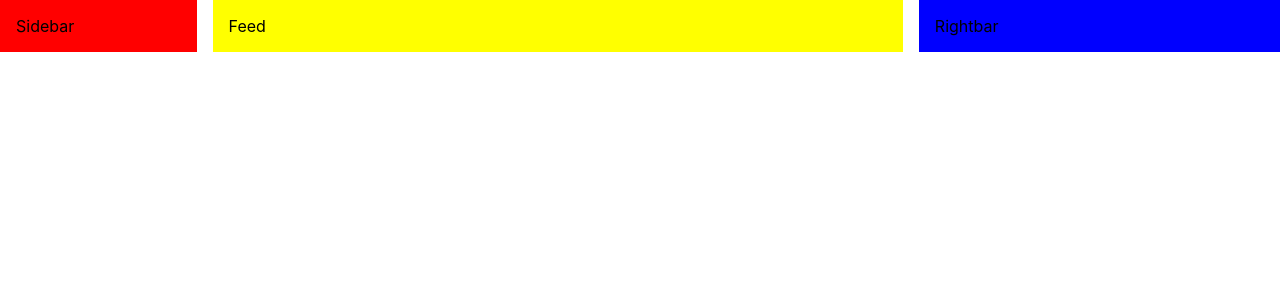
Repository: abubaker-cs/mui5_dashboard
Page: /
These files come from the project's save history. The page is drawn as it stood at one moment and after a run of saves; the edit follows.
The browser window is 1280 px wide. The pictures show the whole page.
The project was rebuilt for these pictures with package versions that can differ from the ones it lists, and the page was loaded fresh each time. Also part of the build but not shown: src/App.css.

Above is the page before, as saved 2022-07-17 05:35:21.

After the next 2 saves:
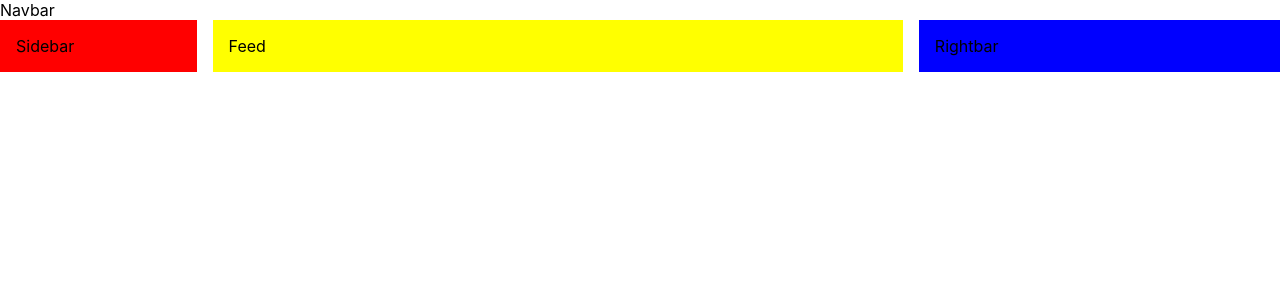
The 2 saves are shown as one change because 1 did not build or start.
The last was saved 93 s later.
--- a/src/App.js
+++ b/src/App.js
@@ -3,12 +3,12 @@ import Sidebar from "./components/Sidebar";
 import Feed from "./components/Feed";
 import Rightbar from "./components/Rightbar";
 import { Box, Container, Stack } from "@mui/material";
+import Navbar from "./components/Navbar";
 
 function App() {
   return (
     <Box>
-      {/* navbar */}
-
+      <Navbar />
       <Stack direction="row" spacing={2} justifyContent="space-evenly">
         <Sidebar />
         <Feed />
